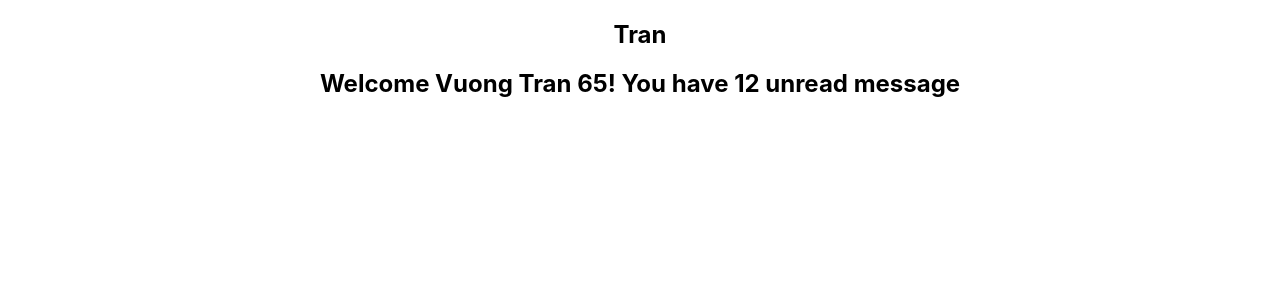
Repository: vuongtm1999/ALTA-exercise-1
Page: /
An editor plug-in stored every save of this project. The page is shown before and after a run of saves, followed by the edit.
The browser window is 1280 px wide. The pictures show the whole page.
The project was rebuilt for these pictures with package versions that can differ from the ones it lists, and the page was loaded fresh each time.

Above is the page before, as saved 2022-10-24 16:25:22.

After the next 2 saves:
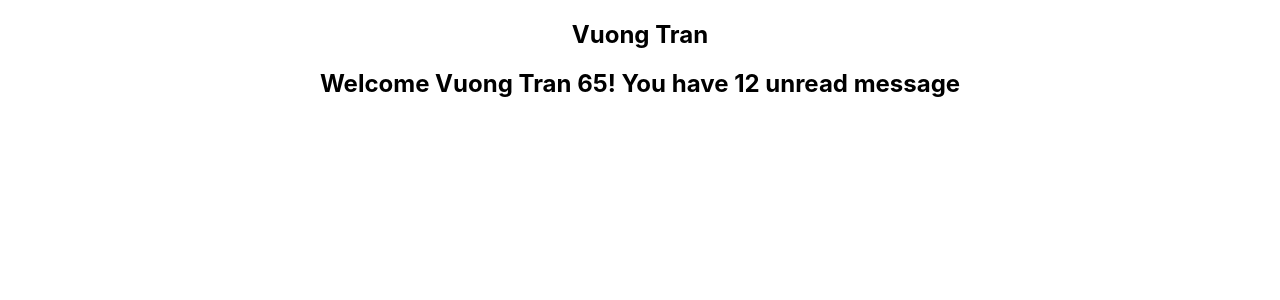
The 2 saves are shown as one change because they came seconds apart.
The last was saved 8 s later.
--- a/src/components/Person.tsx
+++ b/src/components/Person.tsx
@@ -1,6 +1,6 @@
 type PersonProps = {
     name: {
-        FN: string
+        firstName: string
         lastName: string
     }
 }
@@ -8,7 +8,7 @@ type PersonProps = {
 
 function Person(props: PersonProps) {
     return (
-        <h2>{props.name.FN} {props.name.lastName}</h2>
+        <h2>{props.name.firstName} {props.name.lastName}</h2>
      );
 }
 
